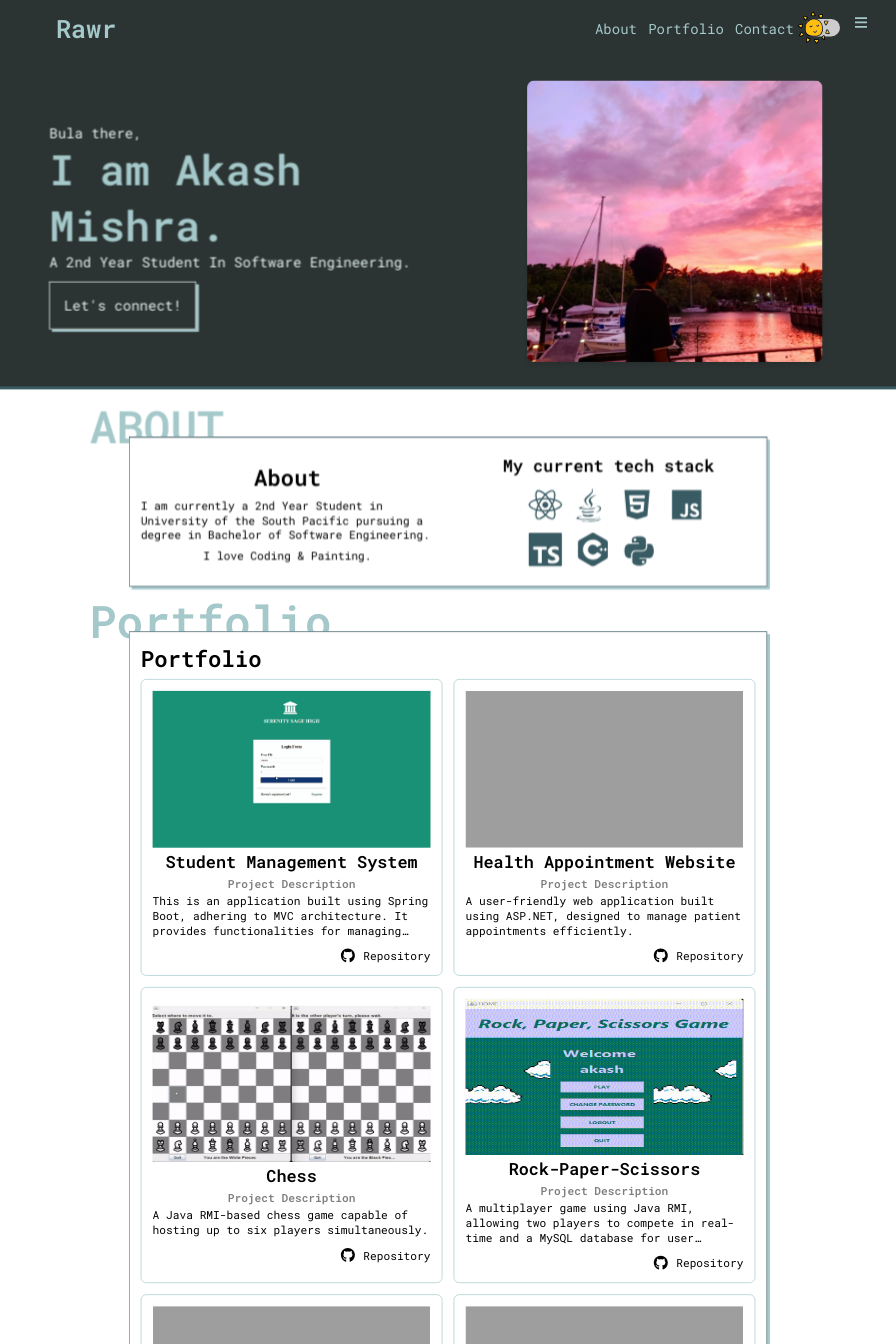
Repository: akashrawr/portfolio
Page: /
The author's editor kept a copy of each file at every save. The page is drawn from the files as they stood at one save, then again after the next save.
The browser window is 1280 px wide. The pictures show the part of the page from y = 0 to 1920 px (the page is 3217 px tall before and 3238 px after), at 70% of full size.
Pictures or frames that could not be fetched are drawn as grey boxes. The project was rebuilt for these pictures with package versions that can differ from the ones it lists, and the page was loaded fresh each time.

Above is the page before, as saved 2024-12-12 12:19:44.

### public/index.html
<!DOCTYPE html>
<html lang="en">
  <head>
    <meta charset="utf-8" />
    <link rel="icon" href="%PUBLIC_URL%/favicon.ico" />
    <meta name="viewport" content="width=device-width, initial-scale=1" />
    <meta name="theme-color" content="#000000" />
    <meta
      name="description"
      content="Personal web Portfolio"
    />
    <link rel="apple-touch-icon" href="%PUBLIC_URL%/logo192.png" />
    <!--
      manifest.json provides metadata used when your web app is installed on a
      user's mobile device or desktop. See https://developers.google.com/web/fundamentals/web-app-manifest/
    -->
    <link rel="manifest" href="%PUBLIC_URL%/manifest.json" />
    <!--
      Notice the use of %PUBLIC_URL% in the tags above.
      It will be replaced with the URL of the `public` folder during the build.
      Only files inside the `public` folder can be referenced from the HTML.

      Unlike "/favicon.ico" or "favicon.ico", "%PUBLIC_URL%/favicon.ico" will
      work correctly both with client-side routing and a non-root public URL.
      Learn how to configure a non-root public URL by running `npm run build`.
    -->
    <title>akashrawr</title>
  </head>
  <body>
    <noscript>You need to enable JavaScript to run this app.</noscript>
    <div id="root"></div>
    <!--
      This HTML file is a template.
      If you open it directly in the browser, you will see an empty page.

      You can add webfonts, meta tags, or analytics to this file.
      The build step will place the bundled scripts into the <body> tag.

      To begin the development, run `npm start` or `yarn start`.
      To create a production bundle, use `npm run build` or `yarn build`.
    -->
  </body>
</html>

### src/App.css
@import url("https://fonts.googleapis.com/css2?family=Roboto+Mono:wght@300;400;600&display=swap");

:root {
  --primary-color: #2c3333;
  --secondary-color: #395b64;
  --accent-1: #a5c9ca;
  --accent-2: #e7f6f2;
  --neutral-1: black;
  --neutral-2: white;
  --neutral-3: white;
  --neutral-4: black;
  --icon-1: #395b64;

  --dark-primary-color: #121212;
  --dark-secondary-color: #1f1f1f;
  --dark-accent-1: #6c757d;
  --dark-accent-2: #adb5bd;
  --dark-neutral-1: #ffffff;
  --dark-neutral-2: #121212;
  --dark-neutral-3:#1f1f1f;
  --dark-neutral-4: #938f8f;
  --dark-icon-1: #938f8f;

}

*,
*::after,
*::before {
  margin: 0;
  padding: 0;
  font-family: "Roboto Mono", monospace;
  box-sizing: border-box;


}

html {
  scroll-behavior: smooth;
}

body {
  overflow-x: hidden;
  background-color: var(--neutral-3);
  color: var(--neutral-1);
  font-family: "Roboto Mono", monospace;
}

body.dark-mode {
  --primary-color: var(--dark-primary-color);
  --secondary-color: var(--dark-secondary-color);
  --accent-1: var(--dark-accent-1);
  --accent-2: var(--dark-accent-2);
  --neutral-1: var(--dark-neutral-1);
  --neutral-2: var(--dark-neutral-2);
  --neutral-3: var(--dark-neutral-3);
  --neutral-4: var(--dark-neutral-4);
  --icon-1:var(--dark-icon-1);
}


/* Navbar styles */

header {
  display: flex;
  align-items: center;
  justify-content: center;

  max-width: 100vw;
  background-color: var(--primary-color);
}

a {
  font-size: 14px;
  text-decoration: none;
}

h1 {
  font-family: "Roboto Mono", monospace;
}

.navbar-nav {
  display: flex;
  align-items: center;
  justify-content: space-between;
  background-color: var(--primary-color);
  padding: 1rem;
  width: 90%;
}

.nav-logo {
  grid-column: 1;
}

.nav-logo > h1 {
  font-size: 30px;
  color: var(--accent-1);
}

.primary-nav {
  display: flex;
  list-style: none;
  gap: 16px;

  grid-column: 2;
  justify-self: end;
}

.mobile-nav-toggle {
  display: none;
  cursor: pointer;
}

.nav-link:link,
.nav-link:visited {
  font-size: 16px;
  color: var(--accent-2);

  transition: 300ms ease-in-out;
}

.nav-link:hover {
  font-weight: 600;
  color: var(--accent-1);
}


/* Dark mode toggle button */
.theme-toggle {
  background: none;
  border: none;
  cursor: pointer;
  padding: 8px;
  display: flex;
  align-items: center;
}

.nav-icons {
  --size: 30px;
  width: var(--size);
  aspect-ratio: 1;
  cursor: pointer;
}



@media only screen and (max-width: 35em) {
  .primary-nav {
    position: fixed;
    inset: 0 0 0 0;
    flex-direction: column;

    padding: min(30vh, 6rem) 2rem;
    background-color: var(--primary-color);

    z-index: 9999;

    transform: translateX(100%);
    transition: transform 350ms ease-out;
  }
}
  .nav-link:link,
  .nav-link:visited {
    font-size: 20px;
    color: var(--accent-1);
  }

  .primary-nav[data-visible="true"] {
    transform: translateX(0%);
  }

  .mobile-nav-toggle[aria-expanded="true"] {
    background: url('data:[embedded picture, 416 characters]') center center no-repeat;
  }

  .mobile-nav-toggle {
    display: block;
    position: absolute;
    background: url('data:[embedded picture, 417 characters]') center center no-repeat;

    width: 1.25rem;
    aspect-ratio: 1;

    border: none;

    top: 1.4rem;
    right: 2.5rem;
    z-index: 10000;

    transition: 250ms ease-in-out;
  }

/* Section styles */

section {
  display: flex;
  align-items: center;
  justify-content: center;

  max-width: 100vw;
  position: relative;
}

/* HERO */
/* HERO SECTION */
#hero {
  background-color: var(--primary-color);
  border-bottom: 4px solid var(--secondary-color);
  padding: 2.2rem;
}

/* Main container for text and image */
.hero-main-container {
  display: flex;
  flex-wrap: wrap;
  align-items: center;
  justify-content: space-between;
  gap: 16px;
}

/* Text Container */
.hero-container {
  flex: 1;
  display: flex;
  flex-direction: column;
  gap: 16px;
  padding: 2.2rem;
  width: 90%;
  height: 350px;
  animation: fade-in 500ms linear forwards;
}

.hero-text-container > h2 {
  font-size: 28px;
  color: var(--accent-1);
}

.hero-text-container > p {
  font-size: 12px;
  color: var(--accent-2);
}

.hero-button {
  align-self: flex-start;

  font-size: 14px;
  padding: 1em;

  color: var(--accent-2);
  background-color: transparent;

  border: 1px solid var(--accent-2);
  box-shadow: 4px 4px 0px var(--accent-1);

  transition: 300ms ease-in-out;
}

.hero-button:hover {
  background-color: var(--accent-2);
  color: var(--primary-color);
  box-shadow: 6px 6px 0px var(--secondary-color);
}

/* Image Container */
.hero-img {
  flex: 1;
  display: flex;
  justify-content: center;
  align-items: center;
}

.hero-image {
  max-width: 75%;
  height: auto;
  border-radius: 10px;
  box-shadow: 0 4px 8px rgba(0, 0, 0, 0.1);
}

/* Responsive Styles */
@media screen and (max-width: 768px) {
  .hero-main-container {
    flex-direction: column;
  }

  .hero-img {
    margin-top: 20px;
  }

  .hero-text-container {
    text-align: left;
  }
}
.hero-text-container > h2 {
  font-size: 20px;
  color: var(--accent-1);
}
.project-card > h3 {
  font-size: 12px;
  color: var(--secondary-color);
}

/* ABOUT */

#about {
  padding: 2rem;
  margin-top: 36px;
  animation: fade-in 500ms linear forwards;

}

.wave-asset {
  width: 100%;
  position: absolute;

  top: 0;
  left: 0;
}

.about-container {
  display: flex;
  align-items: center;
  justify-content: center;
  background-color: var(--neutral-2);
  width: 90%;
  z-index: 999;
}

.about-card,
.portfolio-card,
.contact-card {
  display: flex;
  flex-direction: column;
  gap: 16px;
  border: 1px solid var(--secondary-color);
  background-color: var(--neutral-2);

  width: 100%;
  padding: 1rem;

  box-shadow: 4px 4px 0px var(--accent-1);
}

.about-content,
.portfolio-content {
  width: 100%;
  display: flex;
  flex-direction: column;
  gap: 8px;
}

.about-content > h2,
.about-content > h3 {
  color: var(--neutral-4);
}

.about-content > p {
  font-size: 12px;
  color: var(--neutral-4);
}

.tech-stack-grid {
  width: 65%;
  display: grid;
  grid-template-columns: repeat(4, 1fr);
  place-items: center;
}

.tech-stack {
  --size: 30px;
  width: var(--size);
  aspect-ratio: 1;
}

/* Portfolio container */

#portfolio {
  padding: 2rem;
  animation: fade-in 500ms linear forwards;
}

.portfolio-container {
  width: 90%;
  z-index: 999;
}

.project-container {
  display: grid;
  grid-template-columns: repeat(2, 1fr);
  gap: 16px;
}

.portfolio-content > h2 {
  color: var(--neutral-4);
}

.project-card {
  display: flex;
  flex-direction: column;
  gap: 4px;

  padding: 1rem;
  border-radius: 8px;
  border: 1px solid var(--accent-1);
}

.project-card > h3 {
  color: var(--neutral-4);
}

.project-card > h5 {
  color: var(--neutral-4);
  opacity: 0.5;
}

.project-card > p {
  font-size: 12px;
  width: 100%;
  display: -webkit-box;
  -webkit-box-orient: vertical;
  -webkit-line-clamp: 3;
  overflow: hidden;
  color: var(--neutral-4);
}

.project-img {
  width: 100%;
  aspect-ratio: 16/9;
}

.project-card-links {
  align-self: flex-end;

  margin-top: 10px;
  display: flex;
  align-items: center;
  gap: 12px;
}

.project-icons {
  --size: 20px;
  width: var(--size);
  aspect-ratio: 1;
}

.project-card-links > a {
  display: flex;
  align-items: center;
  color: var(--neutral-4);
  font-size: 10px;
  gap: 4px;
}

.project-card-links > a:link,
.project-card-links > a:visited {

  color: var(--neutral-4);
}

.project-card-links > a:hover {
  font-weight: 600;
  color: var(--accent-1);
}

/* CONTACT */
#contact {
  padding: 2rem;
  animation: fade-in 500ms linear forwards;
}

.contact-container {
  width: 90%;
  z-index: 999;
}

.contact-card {
  width: 100%;
  gap: 12px;
}
.contact-card > h2 {
    color: var(--neutral-4);
}

.contact-card > p {
  font-size: 12px;
  color: var(--neutral-4);
}

.contact-links {
  display: flex;
  flex-direction: column;
  gap: 8px;
}

.contact-links > a {
  display: flex;
  align-items: center;
  gap: 8px;
}

.contact-links > a:link,
.contact-links > a:visited {
  color: var(--neutral-4);
}

.contact-links > a:hover {
  font-weight: 600;
  color: var(--accent-1);
}
.contact-icons {
  --size: 20px;
  width: var(--size);
  aspect-ratio: 1;
}

/* extras */
.section-highlight {
  font-size: 4rem;
  font-weight: 600;
  opacity: 0.5;
  color: var(--accent-1);

  position: absolute;
  top: 0;
  left: 100px;
}

/* footer */
footer {
  display: flex;
  align-items: center;
  justify-content: center;
  color: var(--accent-2);
  max-width: 100vw;
  background-color: var(--primary-color);
  min-height: 150px;
}

.footer-content {
  text-align: center;
  font-size: 12px;
  width: 90%;

  color: var(--accent-2);
}

.footer-content > a {
  text-decoration: underline;
}

.footer-content > a:link,
.footer-content > a:visited {
  color: var(--accent-2);
}

.footer-content > a:hover {
  color: var(--accent-1);
}
/* media queries */

@media only screen and (max-width: 35em) {
  .hero-container {
    padding: 1rem;
    height: 200px;
  }
  .project-container {
    grid-template-columns: 1fr;
  }
  .tech-stack-grid {
    width: 100%;
  }
  .section-highlight {
    font-size: 3.5rem;
    top: -16px;
    left: 6vw;
  }
}

@media only screen and (min-width: 35em) {
  .hero-container {
    height: 250px;
  }
  .about-container,
  .portfolio-container,
  .contact-container {
    width: 75%;
  }

  .about-card,
  .portfolio-card {
    align-items: center;
    justify-content: center;
    flex-direction: row;
    gap: 20px;
  }

  .section-highlight {
    top: -26px;
    left: 10vw;
  }
}

@media only screen and (min-width: 768px) {
  .nav-logo > h1 {
    font-size: 36px;
  }

  /* hero */
  .hero-container {
    height: 350px;
  }

  .hero-text-container > p {
    font-size: 20px;
  }

  .hero-text-container > h2 {
    font-size: 60px;
  }

  .hero-button {
    font-size: 20px;
  }

  /* about */
  .about-card {
    gap: 40px;
  }

  .about-content > h2 {
    font-size: 32px;
  }

  .about-content > h3 {
    font-size: 24px;
  }

  .about-content > p {
    font-size: 16px;
  }

  .tech-stack-section {
    align-self: flex-start;
    margin-top: 8px;
  }

  .tech-stack {
    --size: 40px;
    width: var(--size);
    aspect-ratio: 1;
  }

  /* portfolio */
  .portfolio-content > h2 {
    font-size: 32px;
  }

  .project-card > h3 {
    font-size: 24px;
  }

  .project-card > h5,
  .project-card > p {
    font-size: 16px;
  }

  .project-card-links > a {
    font-size: 16px;
  }

  /* contacts */
  .contact-card > h2 {
    font-size: 32px;
  }

  .contact-card > p {
    font-size: 16px;
  }

  .contact-links > a {
    font-size: 16px;
  }
  .footer-content,
  .footer-content > a {
    font-size: 16px;
  }
}

@media only screen and (min-width: 1024px) {
  .section-highlight {
    top: -26px;
    left: 10vw;
  }
}

@keyframes fade-in {
  0% {
    opacity: 0;
  }
  100% {
    opacity: 1;
  }
}

/* Adjust specific sections as needed for React-specific behaviors */
.primary-nav.visible {
  transform: translateX(0%);
}

/* The switch - the box around the slider */
.switch {
  position: relative;
  display: inline-block;
  width: 50px;
  height: 25px;
}

/* Hide default HTML checkbox */
.switch input {
  opacity: 0;
  width: 0;
  height: 0;
}

/* The slider */
.slider {
  position: absolute;
  cursor: pointer;
  top: 0;
  left: 0;
  right: 0;
  bottom: 0;
  background-color: #ccc;
  -webkit-transition: .4s;
  transition: .4s;
  border-radius: 25px; /* Rounded edges for the slider */
  display: flex;

  align-items: center;
}

/* Adjust the icon size to 48x48 pixels */
.slider .icon {
  position: absolute;
  width: 48px;
  height: 48px;
  transition: .4s;
}

/* When the input is checked (dark mode is on) */
input:checked + .slider {
  background-color: #3e4346; /* Change background color on check */
}

input:focus + .slider {
  box-shadow: 0 0 1px #2196F3;
}

/* Move the icons when the input is checked (dark mode) */
input:checked + .slider .icon {
  transform: translateX(20px); /* Move the icon to the right */
}

/* Default state (light mode) */
input:not(:checked) + .slider .icon {
  transform: translateX(-15px) translateY(-2px); /* Icon remains in the default position */
  width: 52px; /* Further reduced icon size for very small screens */
  height: 52px; /* Further reduced icon size for very small screens */
}

.about-icon {
  color: var(--icon-1); /* Change to any shade of blue you prefer */
  font-size: 3rem; /* Adjust size as needed */
  margin: 0.5rem;
}

.project-icons {
  margin-right: 0.5rem; /* Space between icon and text */
  font-size: 1.5rem; /* Adjust icon size */
  color: inherit; /* Match the color of the link */
}

.contact-icons {
  margin-right: 0.5rem; /* Space between icon and text */
  font-size: 1.5rem; /* Adjust icon size */
  color: var(--icon-1);
}

Loaded but not shown: src/index.js (common file); src/index.css (common file); src/reportWebVitals.js (common file); src/App.js (429 lines, source omitted)

After the next save:
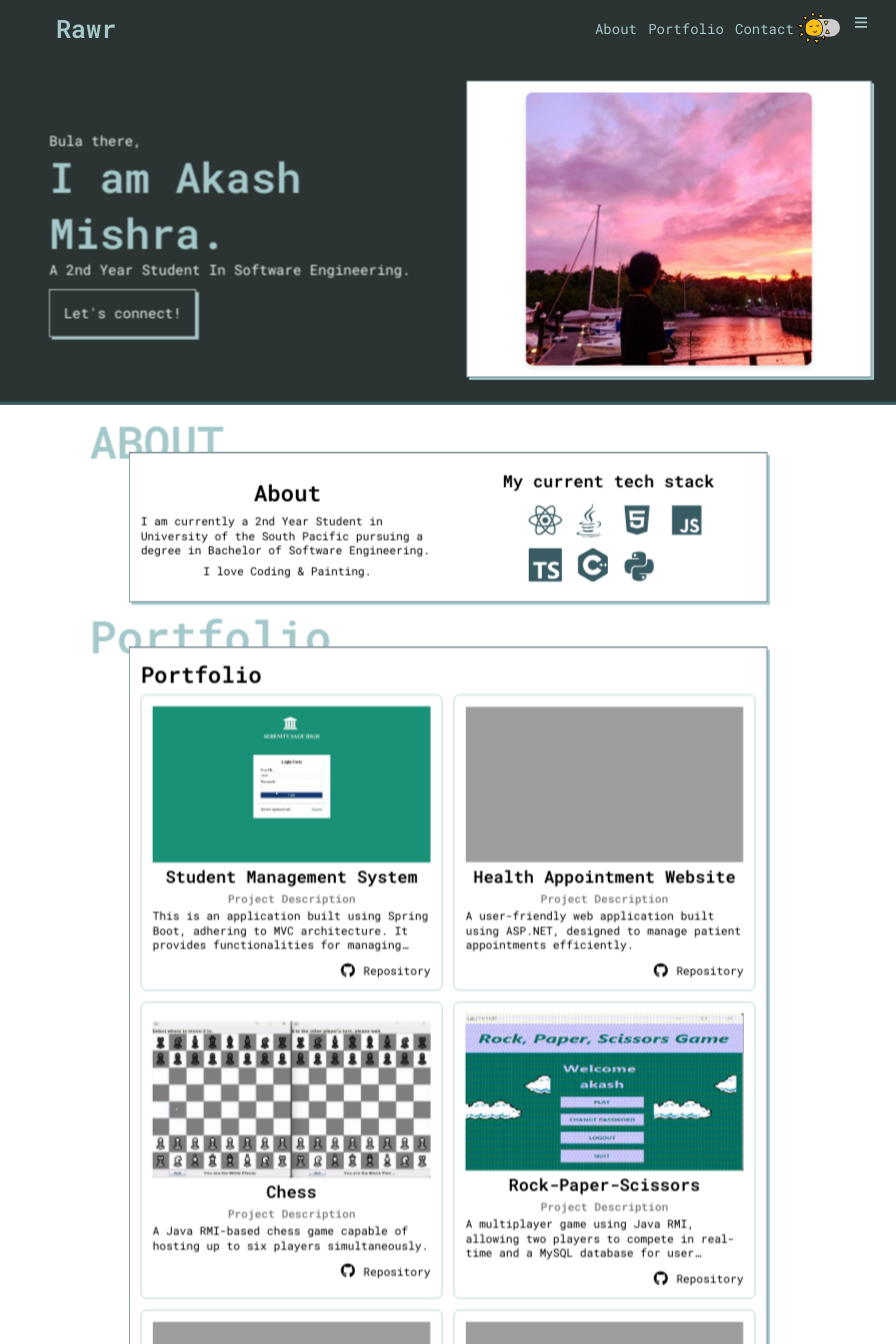
Saved 86 s later.
--- a/src/App.css
+++ b/src/App.css
@@ -266,6 +266,13 @@ section {
   display: flex;
   justify-content: center;
   align-items: center;
+  border: 1px solid var(--secondary-color);
+  background-color: var(--neutral-2);
+
+  width: 100%;
+  padding: 1rem;
+
+  box-shadow: 4px 4px 0px var(--accent-1);
 }
 
 .hero-image {
